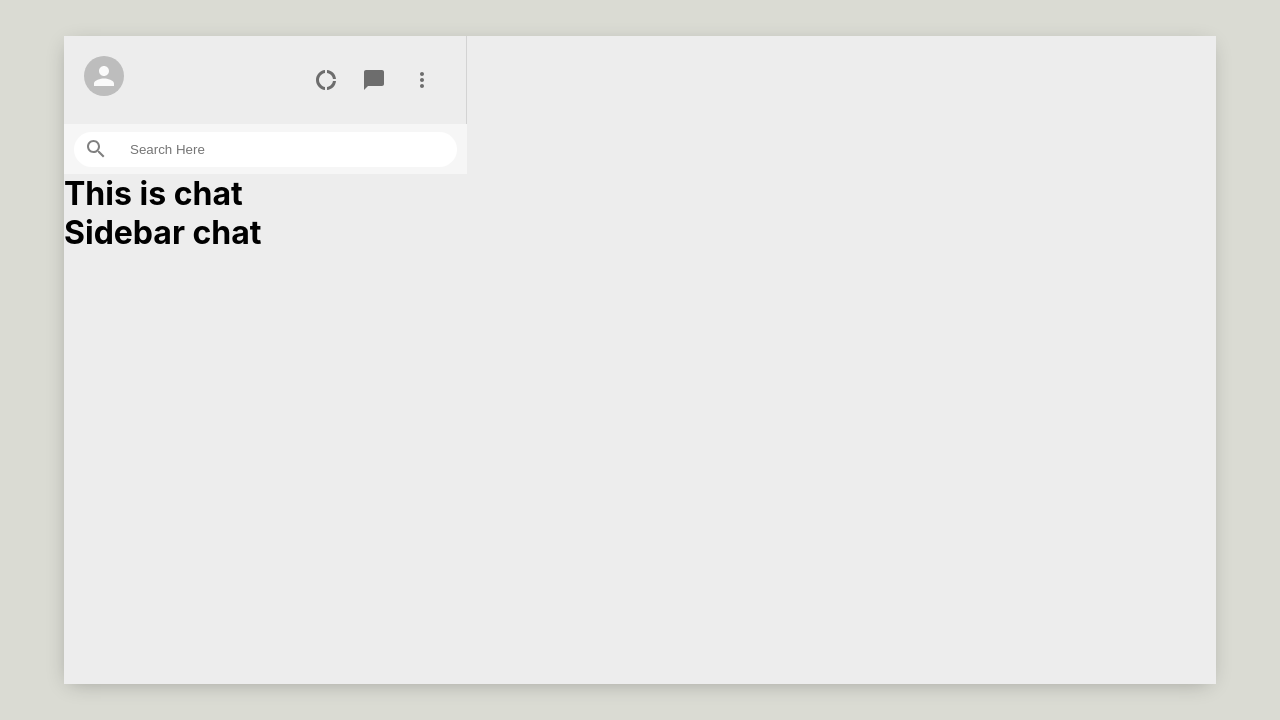
Repository: Prafullkuma/whatsappclon
Page: /
The author's editor kept a copy of each file at every save. The page is drawn from the files as they stood at one save, then again after the next save.
The browser window is 1280 px wide. The pictures show the whole page.
The project was rebuilt for these pictures with package versions that can differ from the ones it lists, and the page was loaded fresh each time. Also part of the build but not shown: src/Component/Chat/sidebarChat.css.

Above is the page before, as saved 2020-08-19 12:15:43.

### src/App.js
import React from 'react';
import './App.css';
import Sidebar from './Component/Sidebar'
function App() {
  return (
    <div className="app">
      <div className="app__body">
        <Sidebar />
      </div>
    </div>
  );
}

export default App;

### src/App.css
.app{
  background-color: #dadbd3;
  height: 100vh;
  display: grid;
  place-items: center;
}
.app__body{
  display: flex;
  height: 90vh;
  width: 90vw;
  background-color: #ededed;
  box-shadow: -1px 4px 20px -6px rgba(0, 0, 0, 0.3);
}

### src/Component/Sidebar.js
import React from 'react'
import { Avatar, IconButton } from '@material-ui/core';
import DonutLargeIcon from '@material-ui/icons/DonutLarge';
import ChatBubbleIcon from '@material-ui/icons/ChatBubble';
import MoreVertIcon from '@material-ui/icons/MoreVert';
import SearchIcon from '@material-ui/icons/Search';
import './Sidebar.css'
import SidebarChat from './Chat/SidebarChat';
function Slidebar() {
    return (
        <div className="sidebar">
            <div className="sidebar_header">
                <Avatar />
                <div className="sidebar_headerRight">
                    <IconButton>
                        <DonutLargeIcon />
                    </IconButton>
                    <IconButton>
                        <ChatBubbleIcon />
                    </IconButton>
                    <IconButton>
                        <MoreVertIcon />
                    </IconButton>
                </div>
            </div>
            <div className="sidebar_search">
                <div className="search_container">
                    <SearchIcon />
                    <input type="text"
                        placeholder="Search Here" />
                </div>
            </div>
            <div className="sidebar_chat">
                <h1>This is chat</h1>
                <SidebarChat />
            </div>
        </div >
    )
}

export default Slidebar

### src/Component/Sidebar.css
.sidebar{
 display: flex;
 flex-direction: column;
 flex: 0.35;
}
.sidebar_header{
    display: flex;
    justify-content: space-between;
    padding: 20px;
    border-right: 1px solid lightgray;
}
.sidebar_headerRight{
    display: flex;
    align-items: center;
    justify-content: space-between;
    min-width: 9vw;
}
.sidebar_headerRight>.MuiSvgIcon-root{
    margin-right: 2vw;
    font-size: 24px !important;
}
.sidebar_search{
    display: flex;
    align-items: center;
    background-color: #f6f6f6;
    height: 30px;
    padding: 10px;
}
.search_container{
display: flex;
align-items: center;
background-color: white;
width: 100%;
height: 35px;
border-radius: 20px;
}
.search_container>input{
    border: none;
    margin-left: 10px;
}
.search_container>.MuiSvgIcon-root{
    color: gray;
    padding: 10px;
}

### src/Component/Chat/SidebarChat.js
import React from 'react'
import './sidebarChat.css'
function SidebarChat() {
    return (
        <div>
            <h1>Sidebar chat </h1>
        </div>
    )
}

export default SidebarChat

Loaded but not shown: public/index.html (common file); src/index.js (common file); src/index.css (common file)

After the next save:
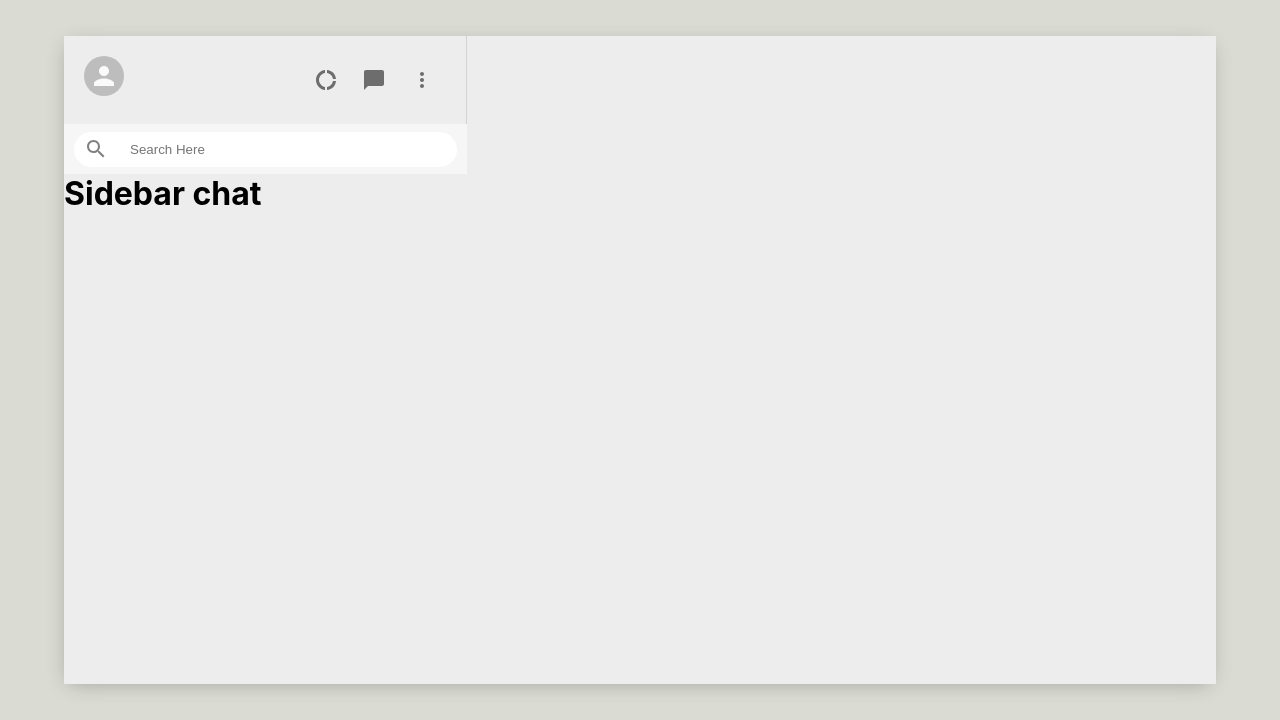
Saved 22 s later.
--- a/src/Component/Sidebar.js
+++ b/src/Component/Sidebar.js
@@ -31,7 +31,6 @@ function Slidebar() {
                 </div>
             </div>
             <div className="sidebar_chat">
-                <h1>This is chat</h1>
                 <SidebarChat />
             </div>
         </div >
